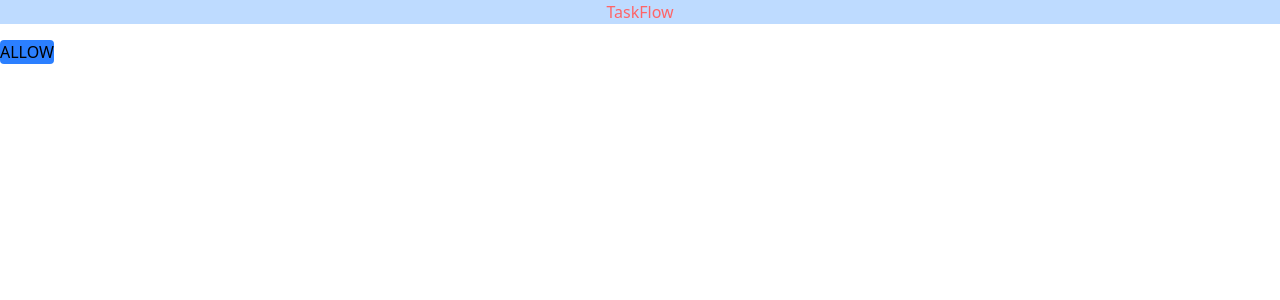
Repository: Manny1294/Taskflow
Page: /
The author's editor kept a copy of each file at every save. The page is drawn from the files as they stood at one save, then again after the next save.
The browser window is 1280 px wide. The pictures show the whole page.
The project was rebuilt for these pictures with package versions that can differ from the ones it lists, and the page was loaded fresh each time. Also part of the build but not shown: vite.config.js.

Above is the page before, as saved 2026-02-11 06:43:11.

### index.html
<!doctype html>
<html lang="en">
  <head>
    <meta charset="UTF-8" />
    <link rel="icon" type="image/svg+xml" href="/vite.svg" />
    <meta name="viewport" content="width=device-width, initial-scale=1.0" />
    <title>taskflow</title>
  </head>
  <body>
    <div id="root"></div>
    <script type="module" src="/src/main.jsx"></script>
  </body>
</html>

### src/App.jsx
export default function App() {
  return (
    <>
      <h1 className="text-red-400 bg-blue-200 flex items-center justify-center ">
        TaskFlow
      </h1>
      <button className="border-green-300 rounded bg-blue-500 my-4">
        ALLOW
      </button>
    </>
  );
}

Loaded but not shown: src/main.jsx (common file); src/index.css (common file)

After the next save:
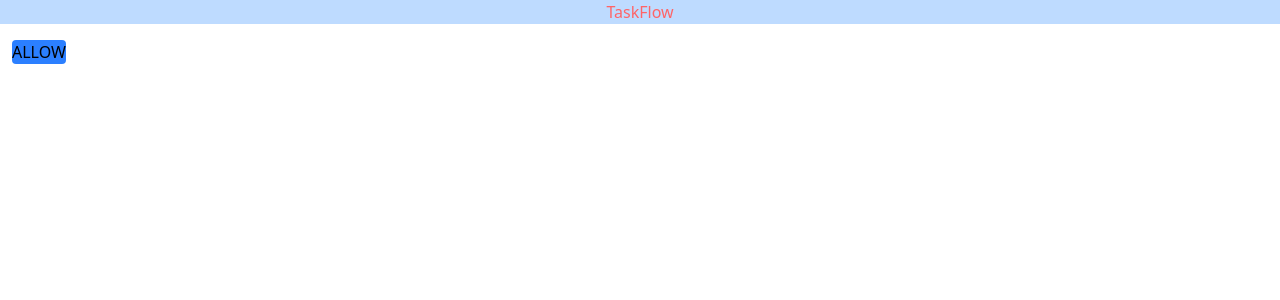
Saved 17 s later.
--- a/src/App.jsx
+++ b/src/App.jsx
@@ -4,7 +4,7 @@ export default function App() {
       <h1 className="text-red-400 bg-blue-200 flex items-center justify-center ">
         TaskFlow
       </h1>
-      <button className="border-green-300 rounded bg-blue-500 my-4">
+      <button className="border-green-300 rounded bg-blue-500 my-4 mx-3">
         ALLOW
       </button>
     </>
